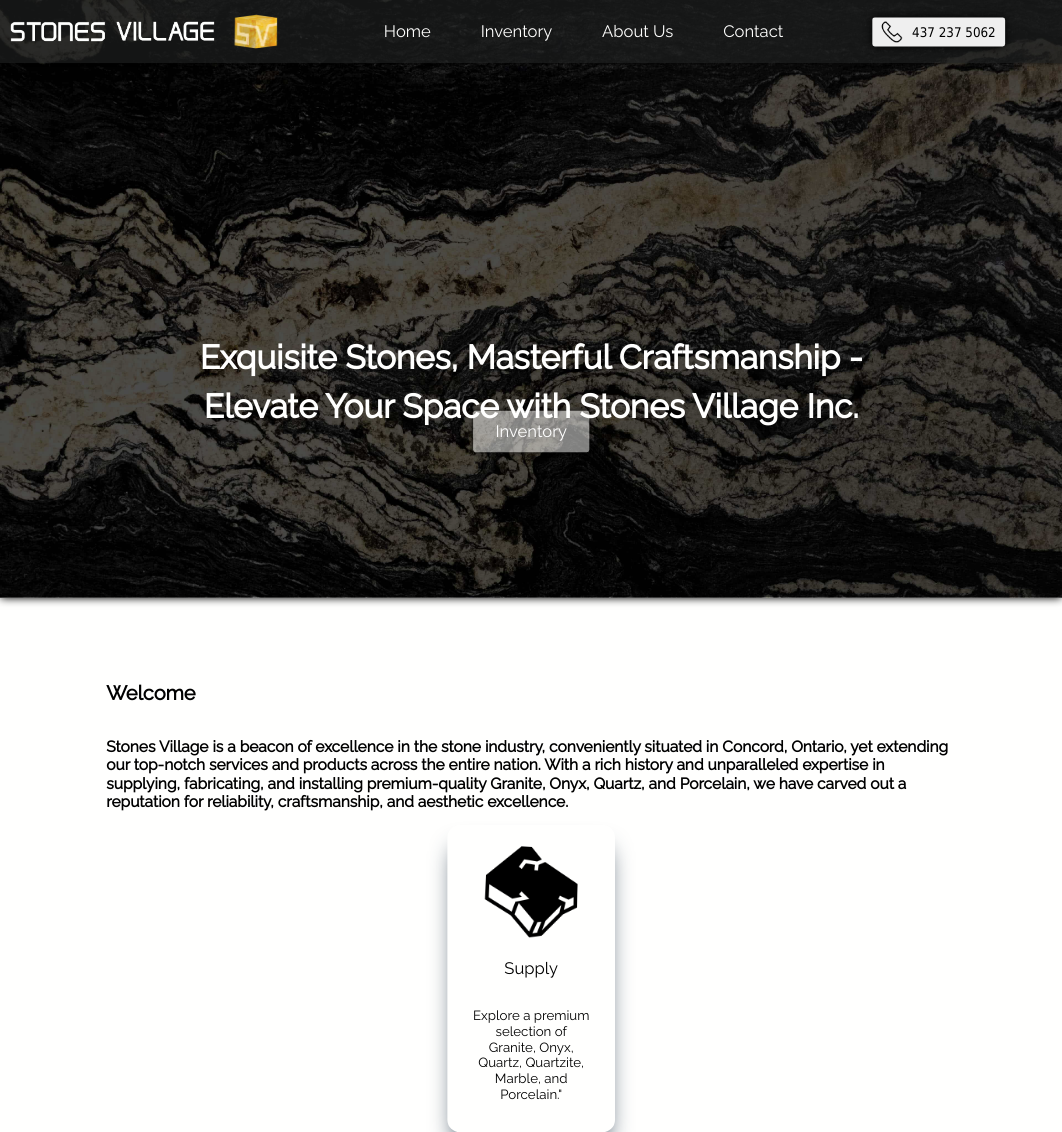
Repository: shayanabedi98/Stones-Village
Page: index.html
These files come from the project's save history. The page is drawn as it stood at one moment and after the next save; the edit follows.
The browser window is 1280 px wide. The pictures show the whole page, at 83% of full size.
Backgrounds fixed to the window are drawn as part of the page.

Above is the page before, as saved 2023-10-22 16:35:36.

After the next save:
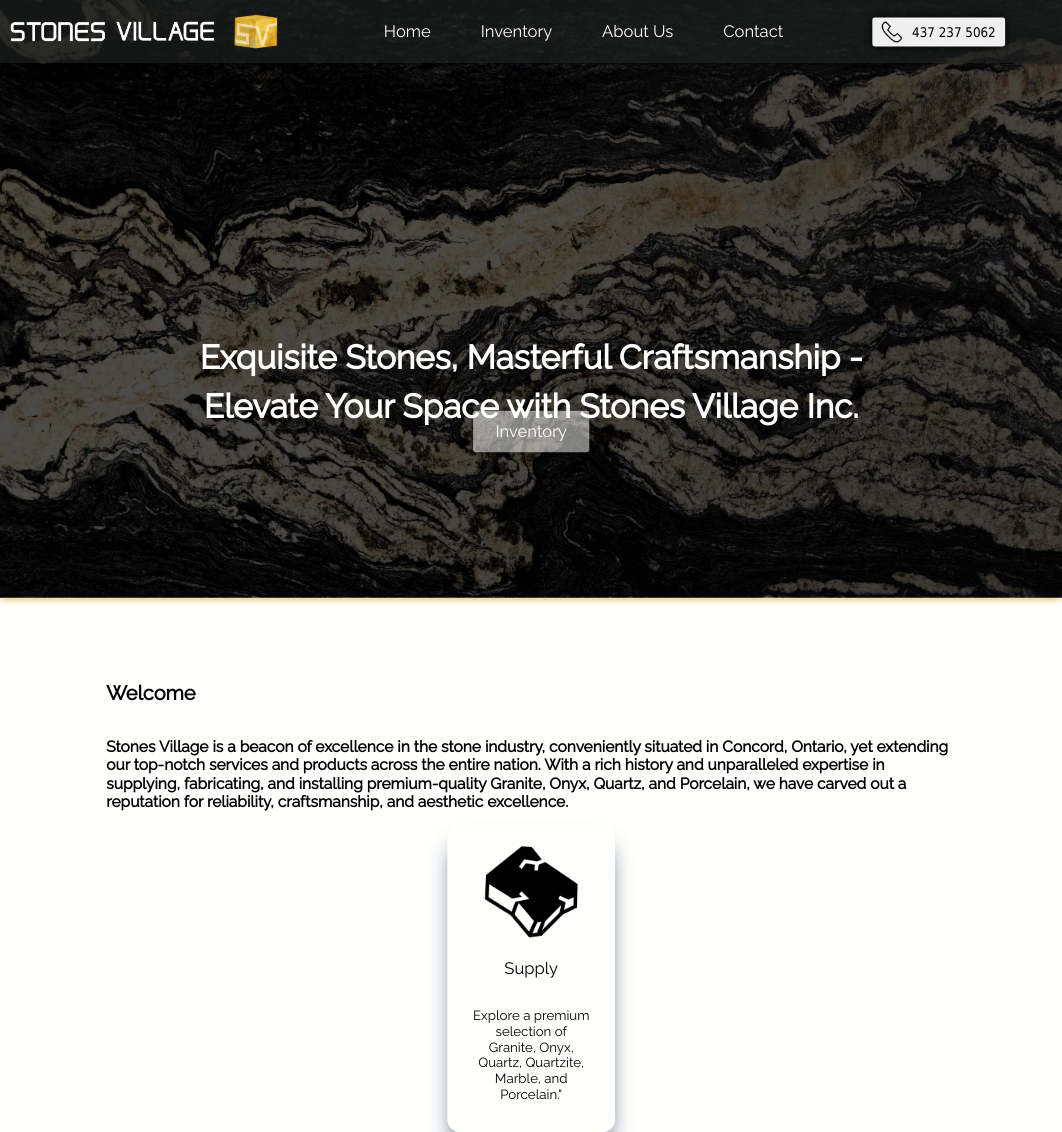
Saved 26 s later.
--- a/styles.css
+++ b/styles.css
@@ -105,7 +105,7 @@ body {
 
 .banner-overlay {
     background-color: rgba(0, 0, 0, 0.7);
-    box-shadow: 0 0 10px 0 black;
+    box-shadow: 0 0 10px 0 #DEAB27;
     display: grid;
     grid-template-rows: 0.8fr 1fr;
     justify-items: center;

After the save that followed:
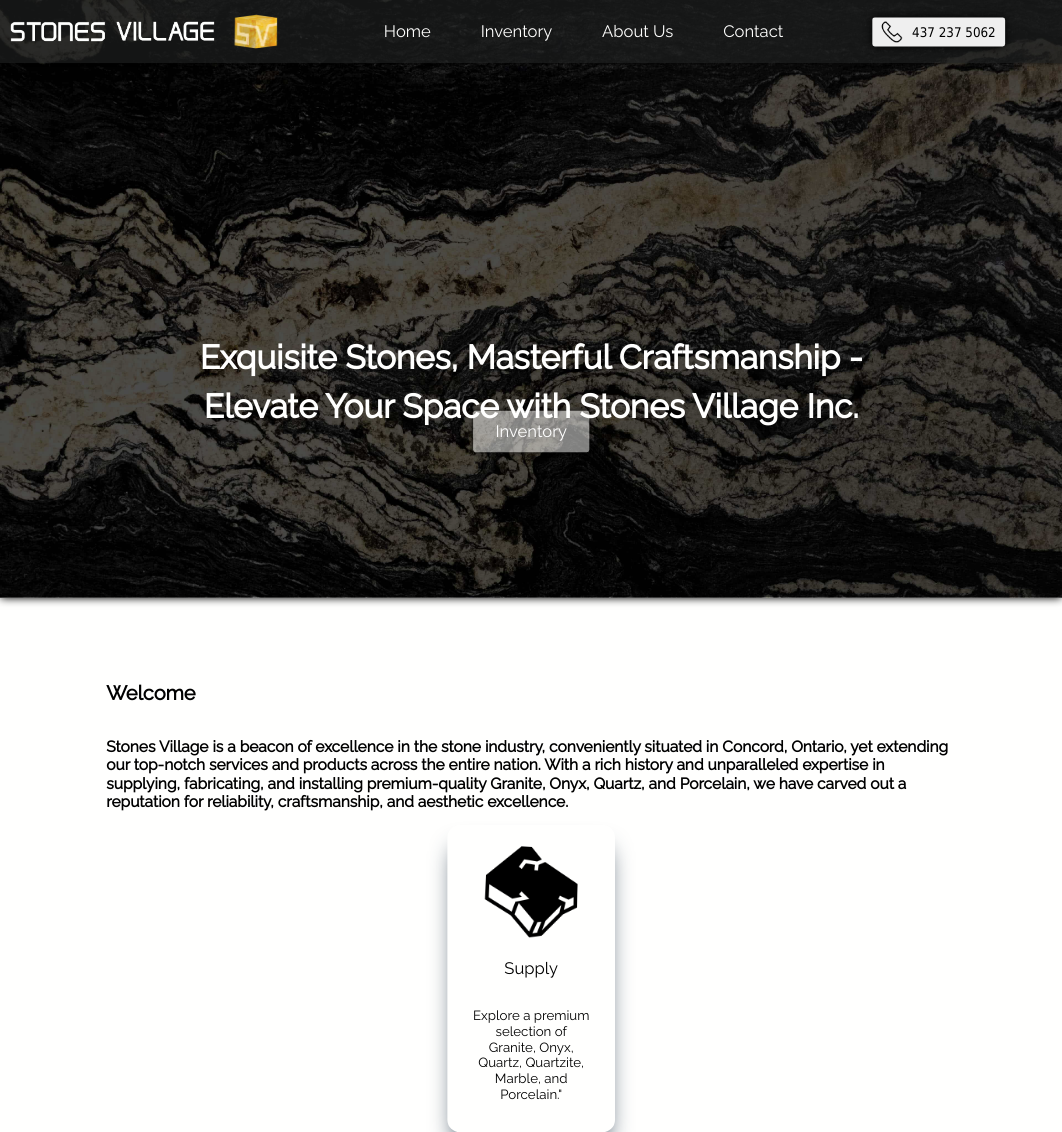
Saved 14 s later.
--- a/styles.css
+++ b/styles.css
@@ -105,7 +105,7 @@ body {
 
 .banner-overlay {
     background-color: rgba(0, 0, 0, 0.7);
-    box-shadow: 0 0 10px 0 #DEAB27;
+    box-shadow: 0 0 10px 0 black;
     display: grid;
     grid-template-rows: 0.8fr 1fr;
     justify-items: center;
